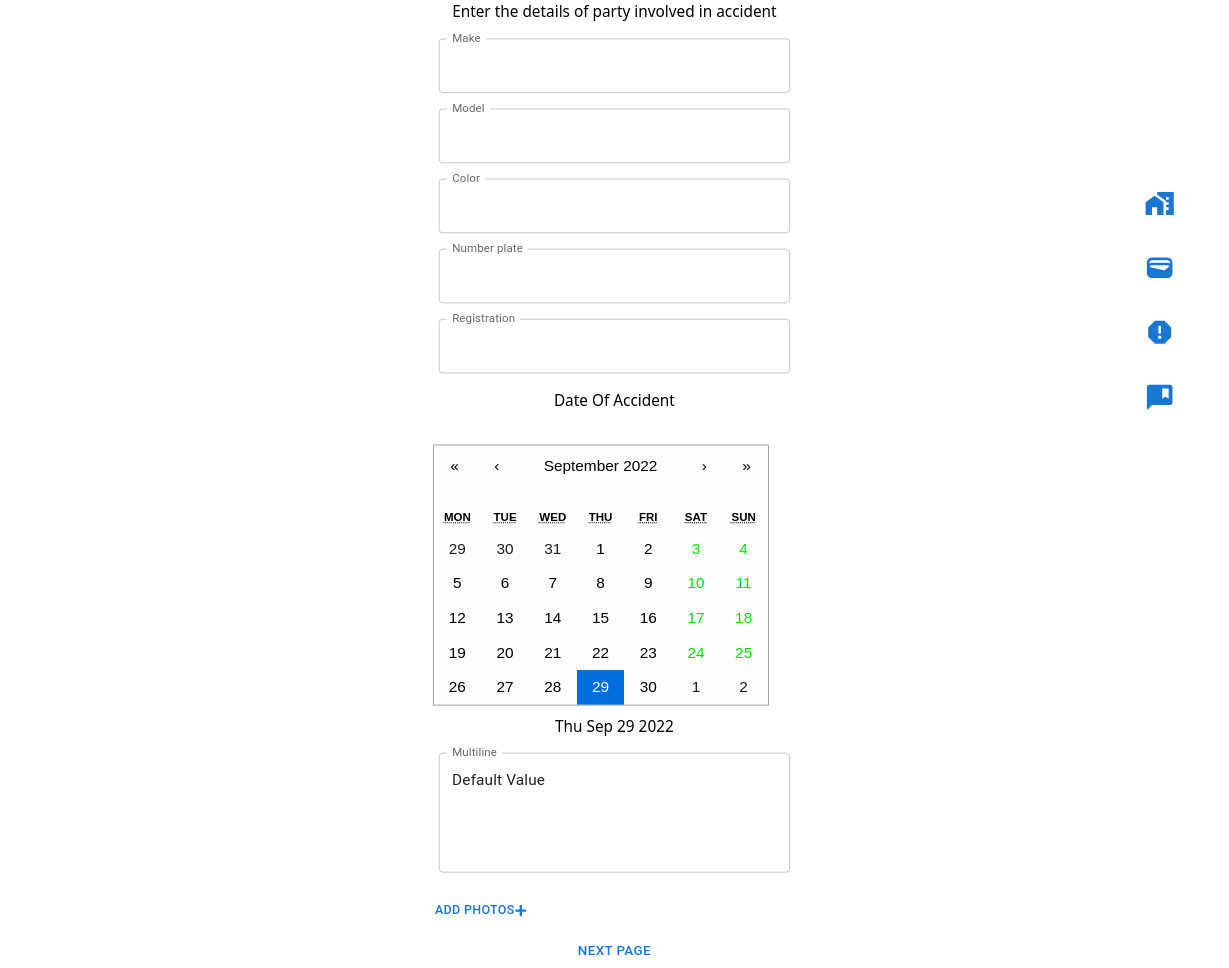
Repository: ALVIN-OBONYO/Xela-smart_insuarance
Page: /report (app in frontend/)
An editor plug-in stored every save of this project. The page is shown before and after the next save, followed by the edit.
The browser window is 1280 px wide. The pictures show the whole page, at 96% of full size.
The project was rebuilt for these pictures with package versions that can differ from the ones it lists, and the page was loaded fresh each time. Also part of the build but not shown: frontend/src/Services/TruncateAddress.js, frontend/src/Services/Contract.js, frontend/src/Services/transactions.js, frontend/src/Components/Cards.jsx, frontend/src/Pages/Entrypage.jsx, frontend/src/Services/LoginWithEth.js, frontend/src/Pages/Policies.jsx, frontend/src/Pages/ReportInfo.jsx.

Above is the page before, as saved 2022-10-08 08:25:11.

After the next save:
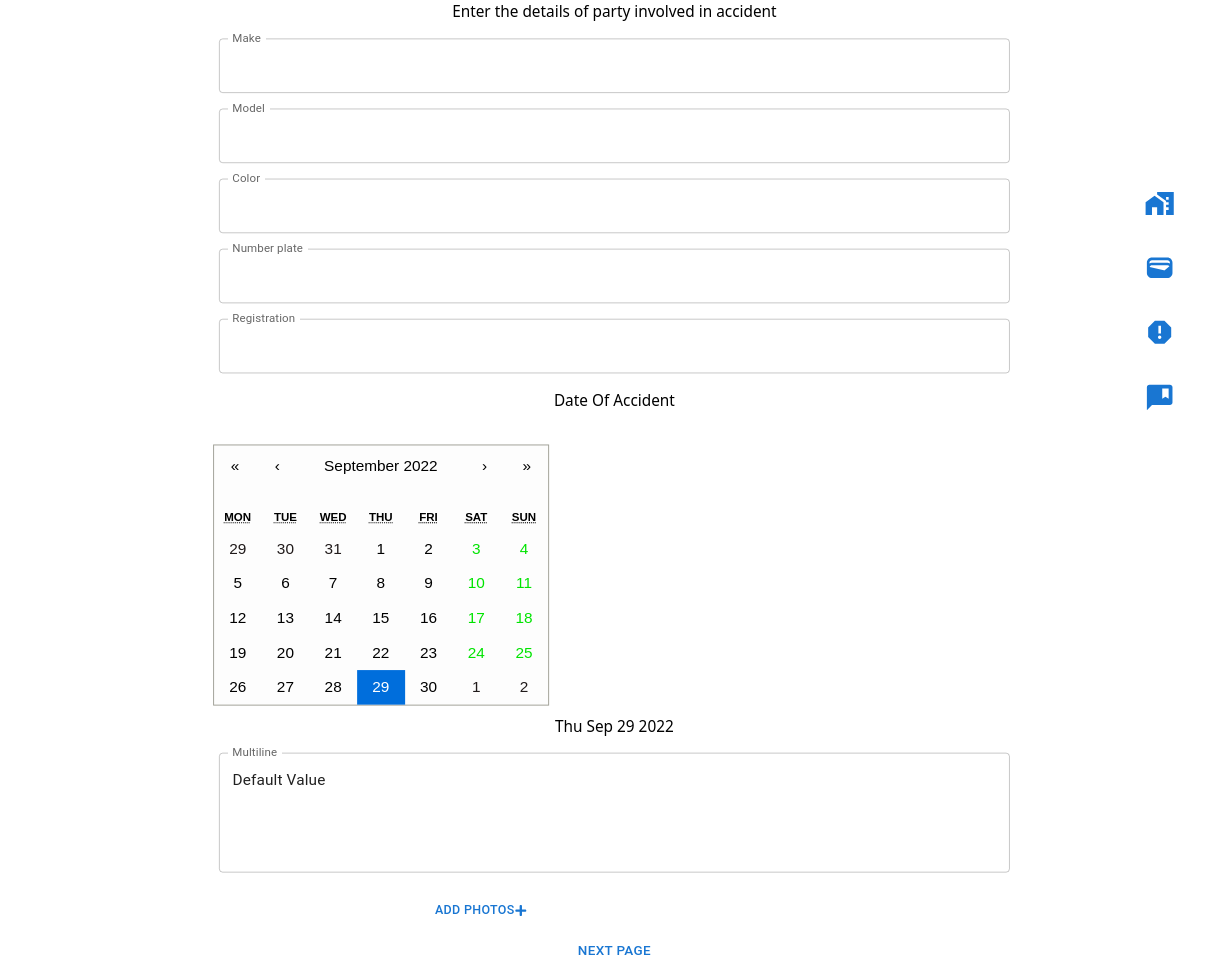
Saved 60 s later.
--- a/frontend/src/Components/Input.js
+++ b/frontend/src/Components/Input.js
@@ -13,7 +13,7 @@ export default function VehicleForm () {
         <Box
           component="form"
           sx={{
-            '& .MuiTextField-root': {m: 2, width: '40ch', display: "flex", flexDirection: "column"}
+            '& .MuiTextField-root': {m: 2, width: '90ch', display: "flex", flexDirection: "column"}
          }}
           noValidate
           autoComplete='off'
